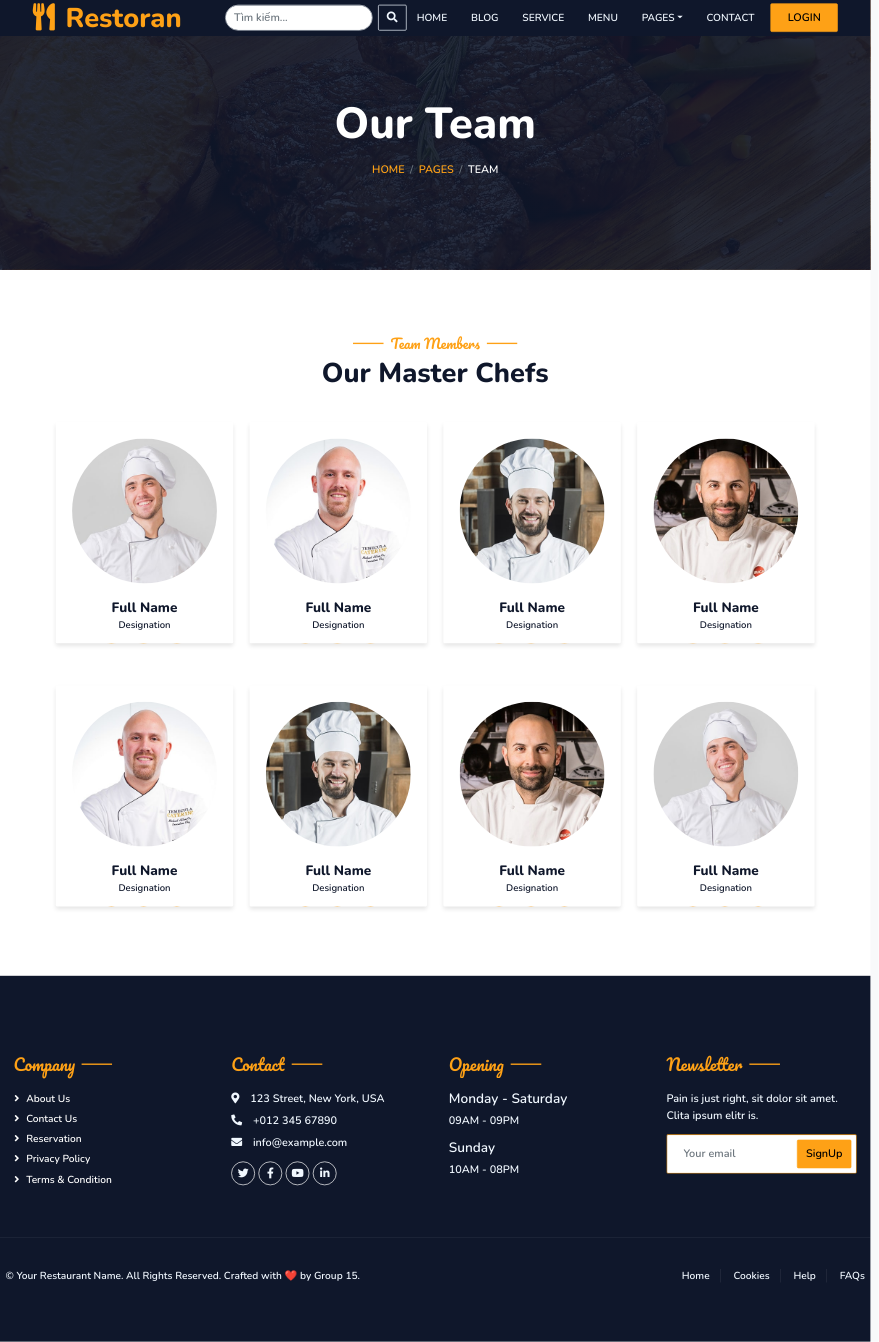
Repository: HoangKhangKhuPho4/Project_Web
Page: team.html
The author's editor kept a copy of each file at every save. The page is drawn from the files as they stood at one save, then again after the next save.
The browser window is 1280 px wide. The page is 1292 px wide, so the pictures cover 1292 px, including what lies to the right of the window. The pictures show the whole page, at 68% of full size.
Some web libraries are served in a nearby version.

Above is the page before, as saved 2025-01-02 20:33:33.

### team.html
<!DOCTYPE html>
<html lang="en">
  <head>
    <meta charset="utf-8" />
    <title>Restoran - Bootstrap Restaurant Template</title>
    <meta content="width=device-width, initial-scale=1.0" name="viewport" />
    <meta content="" name="keywords" />
    <meta content="" name="description" />

    <!-- Favicon -->
    <link href="img/favicon.ico" rel="icon" />

    <!-- Google Web Fonts -->
    <link rel="preconnect" href="https://fonts.googleapis.com" />
    <link rel="preconnect" href="https://fonts.gstatic.com" crossorigin />
    <link
      href="https://fonts.googleapis.com/css2?family=Heebo:wght@400;500;600&family=Nunito:wght@600;700;800&family=Pacifico&display=swap"
      rel="stylesheet"
    />

    <!-- Icon Font Stylesheet -->
    <link
      href="https://cdnjs.cloudflare.com/ajax/libs/font-awesome/5.10.0/css/all.min.css"
      rel="stylesheet"
    />
    <link
      href="https://cdn.jsdelivr.net/npm/bootstrap-icons@1.4.1/font/bootstrap-icons.css"
      rel="stylesheet"
    />

    <!-- Libraries Stylesheet -->
    <link href="lib/animate/animate.min.css" rel="stylesheet" />
    <link href="lib/owlcarousel/assets/owl.carousel.min.css" rel="stylesheet" />
    <link
      href="lib/tempusdominus/css/tempusdominus-bootstrap-4.min.css"
      rel="stylesheet"
    />

    <!-- Customized Bootstrap Stylesheet -->
    <link href="css/bootstrap.min.css" rel="stylesheet" />

    <!-- Template Stylesheet -->
    <link href="css/style.css" rel="stylesheet" />
  </head>

  <body>
    <div class="container-xxl bg-white p-0">
      <!-- Spinner Start -->
      <div
        id="spinner"
        class="show bg-white position-fixed translate-middle w-100 vh-100 top-50 start-50 d-flex align-items-center justify-content-center"
      >
        <div
          class="spinner-border text-primary"
          style="width: 3rem; height: 3rem"
          role="status"
        >
          <span class="sr-only">Loading...</span>
        </div>
      </div>
      <!-- Spinner End -->

      <!-- Navbar & Hero Start -->
      <div class="container-xxl position-relative p-0">
        <nav
          class="navbar navbar-expand-lg navbar-dark bg-dark px-4 px-lg-5 py-3 py-lg-0"
        >
          <div class="d-flex align-items-center">
            <a href="#" class="navbar-brand p-0">
              <h1 class="text-primary m-0">
                <i class="fa fa-utensils me-3"></i>Restoran
              </h1>
              <!-- <img src="img/logo.png" alt="Logo"> -->
            </a>

            <!-- Thêm khoảng cách bằng cách sử dụng lớp ms-4 -->
            <form class="d-none d-lg-flex ms-5" role="search">
              <input
                class="form-control me-2"
                type="search"
                placeholder="Tìm kiếm..."
                aria-label="Search"
              />
              <button class="btn btn-outline-light" type="submit">
                <i class="fa fa-search"></i>
              </button>
            </form>
          </div>

          <button
            class="navbar-toggler"
            type="button"
            data-bs-toggle="collapse"
            data-bs-target="#navbarCollapse"
            aria-controls="navbarCollapse"
            aria-expanded="false"
            aria-label="Toggle navigation"
          >
            <span class="fa fa-bars"></span>
          </button>

          <div class="collapse navbar-collapse" id="navbarCollapse">
            <div class="navbar-nav ms-auto py-0 pe-4">
              <a href="index.html" class="nav-item nav-link">Home</a>
              <a href="blog.html" class="nav-item nav-link">Blog</a>
              <a href="service.html" class="nav-item nav-link">Service</a>
              <a href="menu.html" class="nav-item nav-link">Menu</a>
              <div class="nav-item dropdown">
                <a
                  href="#"
                  class="nav-link dropdown-toggle"
                  data-bs-toggle="dropdown"
                  >Pages</a
                >
                <div class="dropdown-menu m-0">
                  <a href="booking.html" class="dropdown-item">Booking</a>
                  <a href="team.html" class="dropdown-item active>Our Team</a>
                  <a href="testimonial.html" class="dropdown-item"
                    >Testimonial</a
                  >
                </div>
              </div>
              <a href="contact.html" class="nav-item nav-link">Contact</a>
            </div>
            <a href="login.html" class="btn btn-primary py-2 px-4"
              >LOGIN</a
            >
          </div>
        </nav>

        <div class="container-xxl py-5 bg-dark hero-header mb-5">
          <div class="container text-center my-5 pt-5 pb-4">
            <h1 class="display-3 text-white mb-3 animated slideInDown">
              Our Team
            </h1>
            <nav aria-label="breadcrumb">
              <ol class="breadcrumb justify-content-center text-uppercase">
                <li class="breadcrumb-item"><a href="#">Home</a></li>
                <li class="breadcrumb-item"><a href="#">Pages</a></li>
                <li
                  class="breadcrumb-item text-white active"
                  aria-current="page"
                >
                  Team
                </li>
              </ol>
            </nav>
          </div>
        </div>
      </div>
      <!-- Navbar & Hero End -->

      <!-- Team Start -->
      <div class="container-xxl pt-5 pb-3">
        <div class="container">
          <div class="text-center wow fadeInUp" data-wow-delay="0.1s">
            <h5
              class="section-title ff-secondary text-center text-primary fw-normal"
            >
              Team Members
            </h5>
            <h1 class="mb-5">Our Master Chefs</h1>
          </div>
          <div class="row g-4">
            <div class="col-lg-3 col-md-6 wow fadeInUp" data-wow-delay="0.1s">
              <div class="team-item text-center rounded overflow-hidden">
                <div class="rounded-circle overflow-hidden m-4">
                  <img class="img-fluid" src="img/team-1.jpg" alt="" />
                </div>
                <h5 class="mb-0">Full Name</h5>
                <small>Designation</small>
                <div class="d-flex justify-content-center mt-3">
                  <a class="btn btn-square btn-primary mx-1" href=""
                    ><i class="fab fa-facebook-f"></i
                  ></a>
                  <a class="btn btn-square btn-primary mx-1" href=""
                    ><i class="fab fa-twitter"></i
                  ></a>
                  <a class="btn btn-square btn-primary mx-1" href=""
                    ><i class="fab fa-instagram"></i
                  ></a>
                </div>
              </div>
            </div>
            <div class="col-lg-3 col-md-6 wow fadeInUp" data-wow-delay="0.3s">
              <div class="team-item text-center rounded overflow-hidden">
                <div class="rounded-circle overflow-hidden m-4">
                  <img class="img-fluid" src="img/team-2.jpg" alt="" />
                </div>
                <h5 class="mb-0">Full Name</h5>
                <small>Designation</small>
                <div class="d-flex justify-content-center mt-3">
                  <a class="btn btn-square btn-primary mx-1" href=""
                    ><i class="fab fa-facebook-f"></i
                  ></a>
                  <a class="btn btn-square btn-primary mx-1" href=""
                    ><i class="fab fa-twitter"></i
                  ></a>
                  <a class="btn btn-square btn-primary mx-1" href=""
                    ><i class="fab fa-instagram"></i
                  ></a>
                </div>
              </div>
            </div>
            <div class="col-lg-3 col-md-6 wow fadeInUp" data-wow-delay="0.5s">
              <div class="team-item text-center rounded overflow-hidden">
                <div class="rounded-circle overflow-hidden m-4">
                  <img class="img-fluid" src="img/team-3.jpg" alt="" />
                </div>
                <h5 class="mb-0">Full Name</h5>
                <small>Designation</small>
                <div class="d-flex justify-content-center mt-3">
                  <a class="btn btn-square btn-primary mx-1" href=""
                    ><i class="fab fa-facebook-f"></i
                  ></a>
                  <a class="btn btn-square btn-primary mx-1" href=""
                    ><i class="fab fa-twitter"></i
                  ></a>
                  <a class="btn btn-square btn-primary mx-1" href=""
                    ><i class="fab fa-instagram"></i
                  ></a>
                </div>
              </div>
            </div>
            <div class="col-lg-3 col-md-6 wow fadeInUp" data-wow-delay="0.7s">
              <div class="team-item text-center rounded overflow-hidden">
                <div class="rounded-circle overflow-hidden m-4">
                  <img class="img-fluid" src="img/team-4.jpg" alt="" />
                </div>
                <h5 class="mb-0">Full Name</h5>
                <small>Designation</small>
                <div class="d-flex justify-content-center mt-3">
                  <a class="btn btn-square btn-primary mx-1" href=""
                    ><i class="fab fa-facebook-f"></i
                  ></a>
                  <a class="btn btn-square btn-primary mx-1" href=""
                    ><i class="fab fa-twitter"></i
                  ></a>
                  <a class="btn btn-square btn-primary mx-1" href=""
                    ><i class="fab fa-instagram"></i
                  ></a>
                </div>
              </div>
            </div>
            <div class="col-lg-3 col-md-6 wow fadeInUp" data-wow-delay="0.1s">
              <div class="team-item text-center rounded overflow-hidden">
                <div class="rounded-circle overflow-hidden m-4">
                  <img class="img-fluid" src="img/team-2.jpg" alt="" />
                </div>
                <h5 class="mb-0">Full Name</h5>
                <small>Designation</small>
                <div class="d-flex justify-content-center mt-3">
                  <a class="btn btn-square btn-primary mx-1" href=""
                    ><i class="fab fa-facebook-f"></i
                  ></a>
                  <a class="btn btn-square btn-primary mx-1" href=""
                    ><i class="fab fa-twitter"></i
                  ></a>
                  <a class="btn btn-square btn-primary mx-1" href=""
                    ><i class="fab fa-instagram"></i
                  ></a>
                </div>
              </div>
            </div>
            <div class="col-lg-3 col-md-6 wow fadeInUp" data-wow-delay="0.3s">
              <div class="team-item text-center rounded overflow-hidden">
                <div class="rounded-circle overflow-hidden m-4">
                  <img class="img-fluid" src="img/team-3.jpg" alt="" />
                </div>
                <h5 class="mb-0">Full Name</h5>
                <small>Designation</small>
                <div class="d-flex justify-content-center mt-3">
                  <a class="btn btn-square btn-primary mx-1" href=""
                    ><i class="fab fa-facebook-f"></i
                  ></a>
                  <a class="btn btn-square btn-primary mx-1" href=""
                    ><i class="fab fa-twitter"></i
                  ></a>
                  <a class="btn btn-square btn-primary mx-1" href=""
                    ><i class="fab fa-instagram"></i
                  ></a>
                </div>
              </div>
            </div>
            <div class="col-lg-3 col-md-6 wow fadeInUp" data-wow-delay="0.5s">
              <div class="team-item text-center rounded overflow-hidden">
                <div class="rounded-circle overflow-hidden m-4">
                  <img class="img-fluid" src="img/team-4.jpg" alt="" />
                </div>
                <h5 class="mb-0">Full Name</h5>
                <small>Designation</small>
                <div class="d-flex justify-content-center mt-3">
                  <a class="btn btn-square btn-primary mx-1" href=""
                    ><i class="fab fa-facebook-f"></i
                  ></a>
                  <a class="btn btn-square btn-primary mx-1" href=""
                    ><i class="fab fa-twitter"></i
                  ></a>
                  <a class="btn btn-square btn-primary mx-1" href=""
                    ><i class="fab fa-instagram"></i
                  ></a>
                </div>
              </div>
            </div>
            <div class="col-lg-3 col-md-6 wow fadeInUp" data-wow-delay="0.7s">
              <div class="team-item text-center rounded overflow-hidden">
                <div class="rounded-circle overflow-hidden m-4">
                  <img class="img-fluid" src="img/team-1.jpg" alt="" />
                </div>
                <h5 class="mb-0">Full Name</h5>
                <small>Designation</small>
                <div class="d-flex justify-content-center mt-3">
                  <a class="btn btn-square btn-primary mx-1" href=""
                    ><i class="fab fa-facebook-f"></i
                  ></a>
                  <a class="btn btn-square btn-primary mx-1" href=""
                    ><i class="fab fa-twitter"></i
                  ></a>
                  <a class="btn btn-square btn-primary mx-1" href=""
                    ><i class="fab fa-instagram"></i
                  ></a>
                </div>
              </div>
            </div>
          </div>
        </div>
      </div>
      <!-- Team End -->

      <!-- Footer Start -->
      <div
        class="container-fluid bg-dark text-light footer pt-5 mt-5 wow fadeIn"
        data-wow-delay="0.1s"
      >
        <div class="container-fluid py-5">
          <div class="row g-5">
            <div class="col-lg-3 col-md-6">
              <h4
                class="section-title ff-secondary text-start text-primary fw-normal mb-4"
              >
                Company
              </h4>
              <a class="btn btn-link" href="#">About Us</a>
              <a class="btn btn-link" href="#">Contact Us</a>
              <a class="btn btn-link" href="#">Reservation</a>
              <a class="btn btn-link" href="#">Privacy Policy</a>
              <a class="btn btn-link" href="#">Terms & Condition</a>
            </div>
            <div class="col-lg-3 col-md-6">
              <h4
                class="section-title ff-secondary text-start text-primary fw-normal mb-4"
              >
                Contact
              </h4>
              <p class="mb-2">
                <i class="fa fa-map-marker-alt me-3"></i>123 Street, New York,
                USA
              </p>
              <p class="mb-2">
                <i class="fa fa-phone-alt me-3"></i>+012 345 67890
              </p>
              <p class="mb-2">
                <i class="fa fa-envelope me-3"></i>info@example.com
              </p>
              <div class="d-flex pt-2">
                <a class="btn btn-outline-light btn-social" href="#"
                  ><i class="fab fa-twitter"></i
                ></a>
                <a class="btn btn-outline-light btn-social" href="#"
                  ><i class="fab fa-facebook-f"></i
                ></a>
                <a class="btn btn-outline-light btn-social" href="#"
                  ><i class="fab fa-youtube"></i
                ></a>
                <a class="btn btn-outline-light btn-social" href="#"
                  ><i class="fab fa-linkedin-in"></i
                ></a>
              </div>
            </div>
            <div class="col-lg-3 col-md-6">
              <h4
                class="section-title ff-secondary text-start text-primary fw-normal mb-4"
              >
                Opening
              </h4>
              <h5 class="text-light fw-normal">Monday - Saturday</h5>
              <p>09AM - 09PM</p>
              <h5 class="text-light fw-normal">Sunday</h5>
              <p>10AM - 08PM</p>
            </div>
            <div class="col-lg-3 col-md-6">
              <h4
                class="section-title ff-secondary text-start text-primary fw-normal mb-4"
              >
                Newsletter
              </h4>
              <p>
                Pain is just right, sit dolor sit amet. Clita ipsum elitr is.
              </p>
              <div class="position-relative mx-auto" style="max-width: 400px">
                <input
                  class="form-control border-primary w-100 py-3 ps-4 pe-5"
                  type="email"
                  placeholder="Your email"
                />
                <button
                  type="button"
                  class="btn btn-primary py-2 position-absolute top-0 end-0 mt-2 me-2"
                >
                  SignUp
                </button>
              </div>
            </div>
          </div>
        </div>
        <div class="container-fluid">
          <div class="copyright">
            <div class="row">
              <div class="col-md-6 text-center text-md-start mb-3 mb-md-0">
                © Your Restaurant Name. All Rights Reserved. Crafted with ❤️ by
                Group 15.
              </div>
              <div class="col-md-6 text-center text-md-end">
                <div class="footer-menu">
                  <a href="#">Home</a>
                  <a href="#">Cookies</a>
                  <a href="#">Help</a>
                  <a href="#">FAQs</a>
                </div>
              </div>
            </div>
          </div>
        </div>
      </div>
      <!-- Footer End -->

      <!-- Back to Top -->
      <a href="#" class="btn btn-lg btn-primary btn-lg-square back-to-top"
        ><i class="bi bi-arrow-up"></i
      ></a>
    </div>

    <!-- JavaScript Libraries -->
    <script src="https://code.jquery.com/jquery-3.4.1.min.js"></script>
    <script src="https://cdn.jsdelivr.net/npm/bootstrap@5.0.0/dist/js/bootstrap.bundle.min.js"></script>
    <script src="lib/wow/wow.min.js"></script>
    <script src="lib/easing/easing.min.js"></script>
    <script src="lib/waypoints/waypoints.min.js"></script>
    <script src="lib/counterup/counterup.min.js"></script>
    <script src="lib/owlcarousel/owl.carousel.min.js"></script>
    <script src="lib/tempusdominus/js/moment.min.js"></script>
    <script src="lib/tempusdominus/js/moment-timezone.min.js"></script>
    <script src="lib/tempusdominus/js/tempusdominus-bootstrap-4.min.js"></script>

    <!-- Template Javascript -->
    <script src="js/main.js"></script>
  </body>
</html>

Loaded but not shown: lib/animate/animate.min.css (library); lib/owlcarousel/assets/owl.carousel.min.css (common file); lib/tempusdominus/css/tempusdominus-bootstrap-4.min.css (library); css/bootstrap.min.css (library); lib/wow/wow.min.js (library); lib/easing/easing.min.js (common file); lib/waypoints/waypoints.min.js (library); lib/counterup/counterup.min.js (common file); lib/owlcarousel/owl.carousel.min.js (library); lib/tempusdominus/js/moment.min.js (library); lib/tempusdominus/js/moment-timezone.min.js (library); lib/tempusdominus/js/tempusdominus-bootstrap-4.min.js (library); js/main.js (331 lines, source omitted); css/style.css (1230 lines, source omitted)

After the next save:
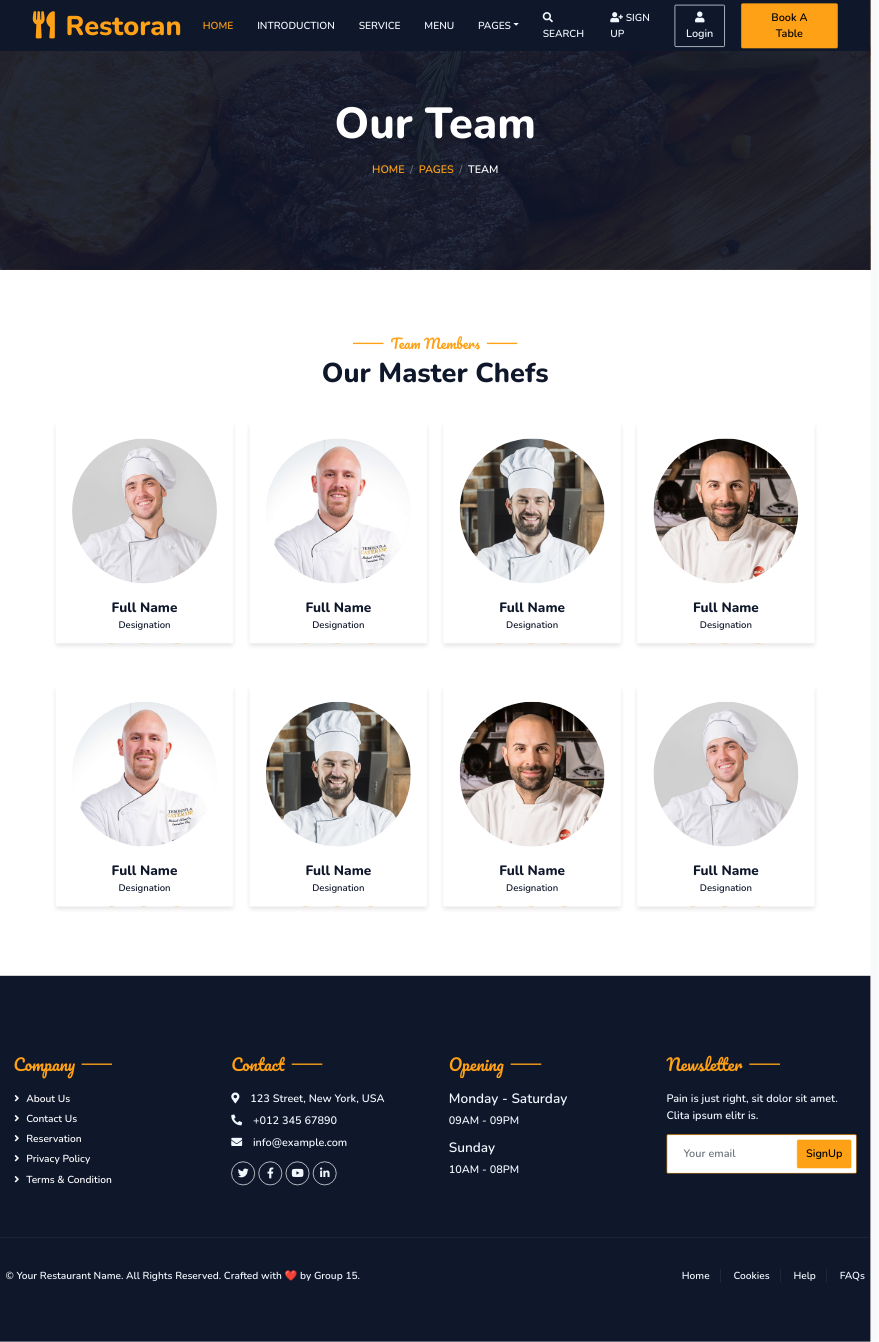
Saved 19 s later.
--- a/team.html
+++ b/team.html
@@ -62,9 +62,7 @@
 
       <!-- Navbar & Hero Start -->
       <div class="container-xxl position-relative p-0">
-        <nav
-          class="navbar navbar-expand-lg navbar-dark bg-dark px-4 px-lg-5 py-3 py-lg-0"
-        >
+        <nav class="navbar navbar-expand-lg navbar-dark bg-dark px-4 px-lg-5 py-3 py-lg-0">
           <div class="d-flex align-items-center">
             <a href="#" class="navbar-brand p-0">
               <h1 class="text-primary m-0">
@@ -72,19 +70,6 @@
               </h1>
               <!-- <img src="img/logo.png" alt="Logo"> -->
             </a>
-
-            <!-- Thêm khoảng cách bằng cách sử dụng lớp ms-4 -->
-            <form class="d-none d-lg-flex ms-5" role="search">
-              <input
-                class="form-control me-2"
-                type="search"
-                placeholder="Tìm kiếm..."
-                aria-label="Search"
-              />
-              <button class="btn btn-outline-light" type="submit">
-                <i class="fa fa-search"></i>
-              </button>
-            </form>
           </div>
 
           <button
@@ -101,30 +86,35 @@
 
           <div class="collapse navbar-collapse" id="navbarCollapse">
             <div class="navbar-nav ms-auto py-0 pe-4">
-              <a href="index.html" class="nav-item nav-link">Home</a>
-              <a href="blog.html" class="nav-item nav-link">Blog</a>
+              <a href="index.html" class="nav-item nav-link active">Home</a>
+              <a href="introduction.html" class="nav-item nav-link">Introduction</a>
+              <!-- Removed Blog Link -->
               <a href="service.html" class="nav-item nav-link">Service</a>
               <a href="menu.html" class="nav-item nav-link">Menu</a>
               <div class="nav-item dropdown">
-                <a
-                  href="#"
-                  class="nav-link dropdown-toggle"
-                  data-bs-toggle="dropdown"
-                  >Pages</a
-                >
+                <a href="#" class="nav-link dropdown-toggle" data-bs-toggle="dropdown">Pages</a>
                 <div class="dropdown-menu m-0">
                   <a href="booking.html" class="dropdown-item">Booking</a>
-                  <a href="team.html" class="dropdown-item active>Our Team</a>
-                  <a href="testimonial.html" class="dropdown-item"
-                    >Testimonial</a
-                  >
-                </div>
-              </div>
-              <a href="contact.html" class="nav-item nav-link">Contact</a>
-            </div>
-            <a href="login.html" class="btn btn-primary py-2 px-4"
-              >LOGIN</a
-            >
+                  <a href="team.html" class="dropdown-item">Our Team</a>
+                  <a href="testimonial.html" class="dropdown-item">Testimonial</a>
+                  <!-- Added Blog and Contact -->
+                  <a href="blog.html" class="dropdown-item">Blog</a>
+                  <a href="contact.html" class="dropdown-item">Contact</a>
+                </div>
+              </div>
+              <!-- Removed Contact Link -->
+              <a href="search.html" class="nav-item nav-link">
+                <i class="fa fa-search"></i> Search
+              </a>
+              <a href="register.html" class="nav-item nav-link">
+                <i class="fa fa-user-plus"></i> Sign up
+              </a>
+              <a href="login.html" class="btn btn-outline-light ms-2">
+                <i class="fa fa-user"></i> Login
+              </a>
+            </div>
+
+            <a href="booking.html" class="btn btn-primary py-2 px-4">Book A Table</a>
           </div>
         </nav>
 
